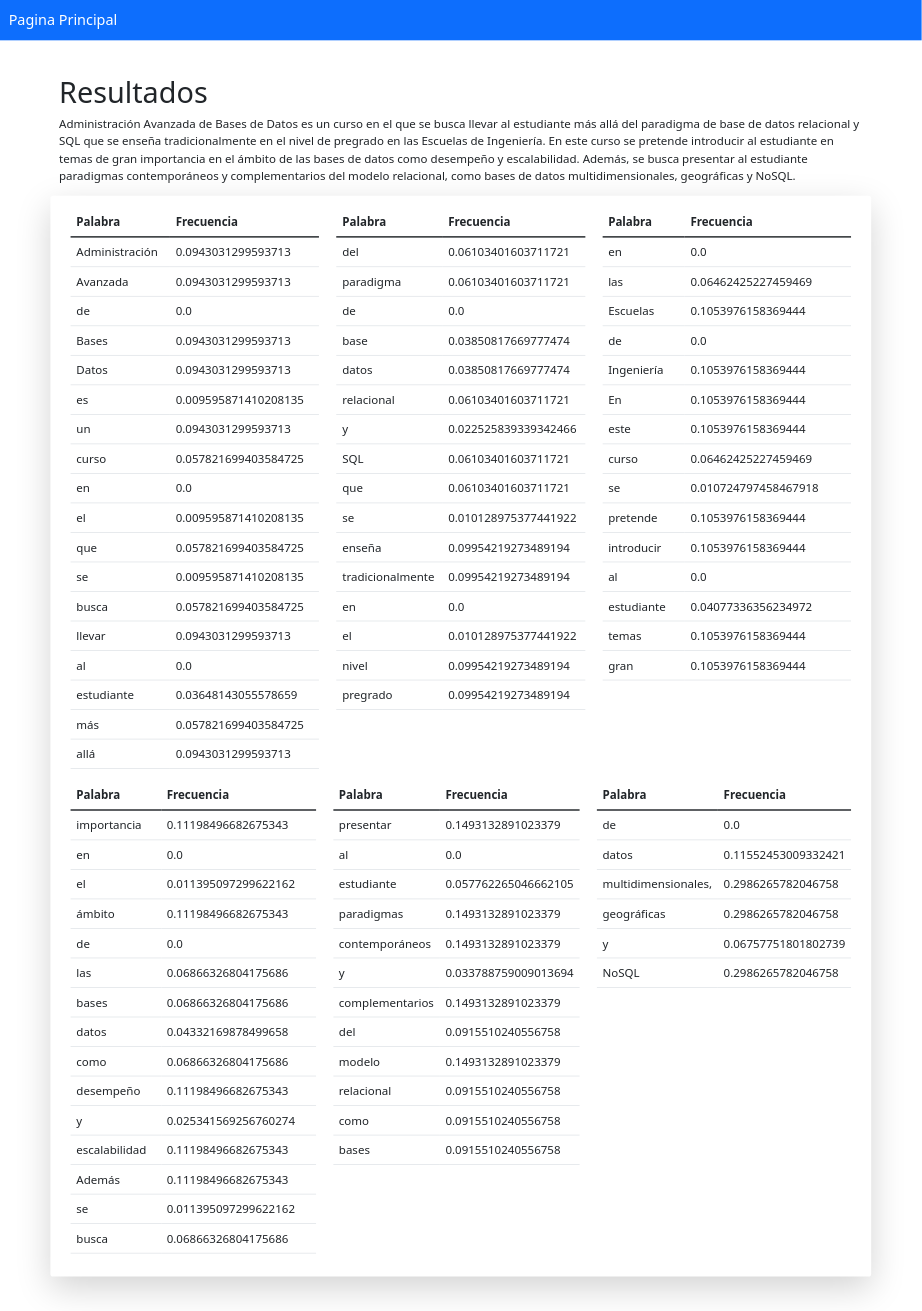
Repository: efrain-dev/cloud9Flask
Page: http://localhost/
The author's editor kept a record of every edit. The page is drawn from the files as they stood at one moment, then again after the next edit.
The browser window is 1280 px wide. The pictures show the whole page, at 72% of full size.
Some web libraries are served in a nearby version. The page is served by the project's application, run on Flask 3 (index.py).

Above is the page before.

### templates/home.html
{% extends './base.html' %}

<!DOCTYPE html>
<html lang="es">
  <head>
    <title>{% block title %}IA UMG{% endblock %}</title>
    <meta charset="UTF-8">
    <meta name="title" content="IMG">
    <meta name="description" content="IA UMG">

  </head>
  <body>

      {% block body %}

      <h1 class="bg-white rounded mt-5">Resultados </h1>
      <p>
        Administración Avanzada de Bases de Datos es un curso en el que se busca llevar al estudiante más allá
del paradigma de base de datos relacional y SQL que se enseña tradicionalmente en el nivel de pregrado
en las Escuelas de Ingeniería. En este curso se pretende introducir al estudiante en temas de gran
importancia en el ámbito de las bases de datos como desempeño y escalabilidad. Además, se busca
presentar al estudiante paradigmas contemporáneos y complementarios del modelo relacional, como bases
de datos multidimensionales, geográficas y NoSQL.
      </p>
        <div class="row shadow-lg p-3 mb-5 bg-white rounded ">
      {%for i in resultado%}
        <div class="col-lg">
          <table class="table table-responsive" >
            <thead>
              <th> Palabra </th>
              <th> Frecuencia </th>

            </thead>

            <tbody>
                {%for x in resultado[i]%}
                  <tr>
                    <td>{{x[0]}}</td>
                                    <td>{{x[1]}}</td>

                  </tr>
                {%endfor%}
            </tbody>
          </table>
        </div>
      {%endfor%}
  {% endblock %}

  </body>
</html>

### templates/base.html
<!DOCTYPE html>
<html lang="es">
  <head>
    <title>{% block title %}{% endblock %}</title>
    <meta charset="UTF-8">
    <meta name="title" content="IMG">
    <meta name="description" content="IA UMG">
    <link href="https://cdn.jsdelivr.net/npm/bootstrap@5.1.3/dist/css/bootstrap.min.css" rel="stylesheet" integrity="sha384-1BmE4kWBq78iYhFldvKuhfTAU6auU8tT94WrHftjDbrCEXSU1oBoqyl2QvZ6jIW3" crossorigin="anonymous">
    <script src="https://code.jquery.com/jquery-3.6.0.min.js" integrity="sha256-/xUj+3OJU5yExlq6GSYGSHk7tPXikynS7ogEvDej/m4=" crossorigin="anonymous"></script>
    <script src="//cdn.jsdelivr.net/npm/sweetalert2@11"></script>
  </head>
  <body>
<nav class="navbar navbar-expand-lg navbar-dark bg-primary">
  <div class="container-fluid">
    <a class="navbar-brand" href="#">Pagina Principal</a>

  </div>
</nav>

    <div class="container">
      {% block body %}


      {% endblock %}
    </div>





  <script src="https://cdn.jsdelivr.net/npm/@popperjs/core@2.10.2/dist/umd/popper.min.js" integrity="sha384-7+zCNj/IqJ95wo16oMtfsKbZ9ccEh31eOz1HGyDuCQ6wgnyJNSYdrPa03rtR1zdB" crossorigin="anonymous"></script>
  <script src="https://cdn.jsdelivr.net/npm/bootstrap@5.1.3/dist/js/bootstrap.min.js" integrity="sha384-QJHtvGhmr9XOIpI6YVutG+2QOK9T+ZnN4kzFN1RtK3zEFEIsxhlmWl5/YESvpZ13" crossorigin="anonymous"></script>
    <!--<footer>-->
    <!--  <h4>Avisos legales</h4>-->
    <!--  <a href="http://dominio.com/aviso-legal">Política de cookies</a>-->
    <!--  <h4>Redes sociales</h4>-->
    <!--  <a href="http://facebook.com/mi-pagina-de-facebook">Mi Facebook</a>-->
    <!--</footer>-->
  </body>
</html>

### calculos.py

import math

documentos = ['Administración Avanzada de Bases de Datos es un curso en el que se busca llevar al estudiante más allá',
             'del paradigma de base de datos relacional y SQL que se enseña tradicionalmente en el nivel de pregrado',
             'en las Escuelas de Ingeniería En este curso se pretende introducir al estudiante en temas de gran',
             'importancia en el ámbito de las bases de datos como desempeño y escalabilidad Además se busca',
             'presentar al estudiante paradigmas contemporáneos y complementarios del modelo relacional como bases',
             'de datos multidimensionales, geográficas y NoSQL',
             ]


dictadoDePalabras = {}

for indice, sentencia in enumerate(documentos):
    tokenPalabra = sentencia.split(' ')
    dictadoDePalabras[indice] = [(palabra,tokenPalabra.count(palabra)) for palabra in tokenPalabra]

termFrecuencia = {}

for i in range(0, len(documentos)):
    listaDeNoDuplicados = []
    for palabraFrequencia in dictadoDePalabras[i]:
        if palabraFrequencia not in listaDeNoDuplicados:
            listaDeNoDuplicados.append(palabraFrequencia)
        termFrecuencia[i] = listaDeNoDuplicados

terminoNormalizadoFrecuencia = {}
for i in range(0, len(documentos)):
    sentencia = dictadoDePalabras[i]
    lenDeSentencia = len(sentencia)
    listaDeNormalizados = []
    for palabraFrequencia in termFrecuencia[i]:
        normalizedFreq = palabraFrequencia[1]/lenDeSentencia
        listaDeNormalizados.append((palabraFrequencia[0],normalizedFreq))
    terminoNormalizadoFrecuencia[i] = listaDeNormalizados



todosDocumento = ''
for sentencia in documentos:
    todosDocumento += sentencia + ' '
todosDocumentosToken = todosDocumento.split(' ')


todosDocumentoNoDuplicados = []

for palabra in todosDocumentosToken:
    if palabra not in todosDocumentoNoDuplicados:
        todosDocumentoNoDuplicados.append(palabra)



dictDeNumDeDocConTermDentro = {}

for indice, voc in enumerate(todosDocumentoNoDuplicados):
    count = 0
    for sentencia in documentos:
        if voc in sentencia:
            count += 1
    dictDeNumDeDocConTermDentro[indice] = (voc, count)



dictOFIDFNoDuplicados = {}


for i in range(0, len(terminoNormalizadoFrecuencia)):
    listOfIDFCalcs = []
    for palabra in terminoNormalizadoFrecuencia[i]:
        for x in range(0, len(dictDeNumDeDocConTermDentro)):
            if palabra[0] == dictDeNumDeDocConTermDentro[x][0]:
                listOfIDFCalcs.append((palabra[0],math.log(len(documentos)/dictDeNumDeDocConTermDentro[x][1])))
    dictOFIDFNoDuplicados[i] = listOfIDFCalcs


dictOFTF_IDF = {}
for i in range(0,len(terminoNormalizadoFrecuencia)):
    listaOFTF_IDF = []
    TFsentencia = terminoNormalizadoFrecuencia[i]
    IDFsentencia = dictOFIDFNoDuplicados[i]
    for x in range(0, len(TFsentencia)):
        listaOFTF_IDF.append((TFsentencia[x][0],TFsentencia[x][1]*IDFsentencia[x][1]))
    dictOFTF_IDF[i] = listaOFTF_IDF



def result():
    return dictOFTF_IDF

### index.py
"""
Your module description
comentarios múltiples
"""

#comentario de una línea

from flask import Flask, render_template,request ,url_for
import calculos

umg = Flask(__name__)




@umg.route("/",methods=['POST','GET'])
def home():
    print( calculos.result())
    return render_template('home.html',resultado= calculos.result())


if __name__ == '__main__':
    umg.run(host='0.0.0.0', port=5000, debug=True)

After the next edit:
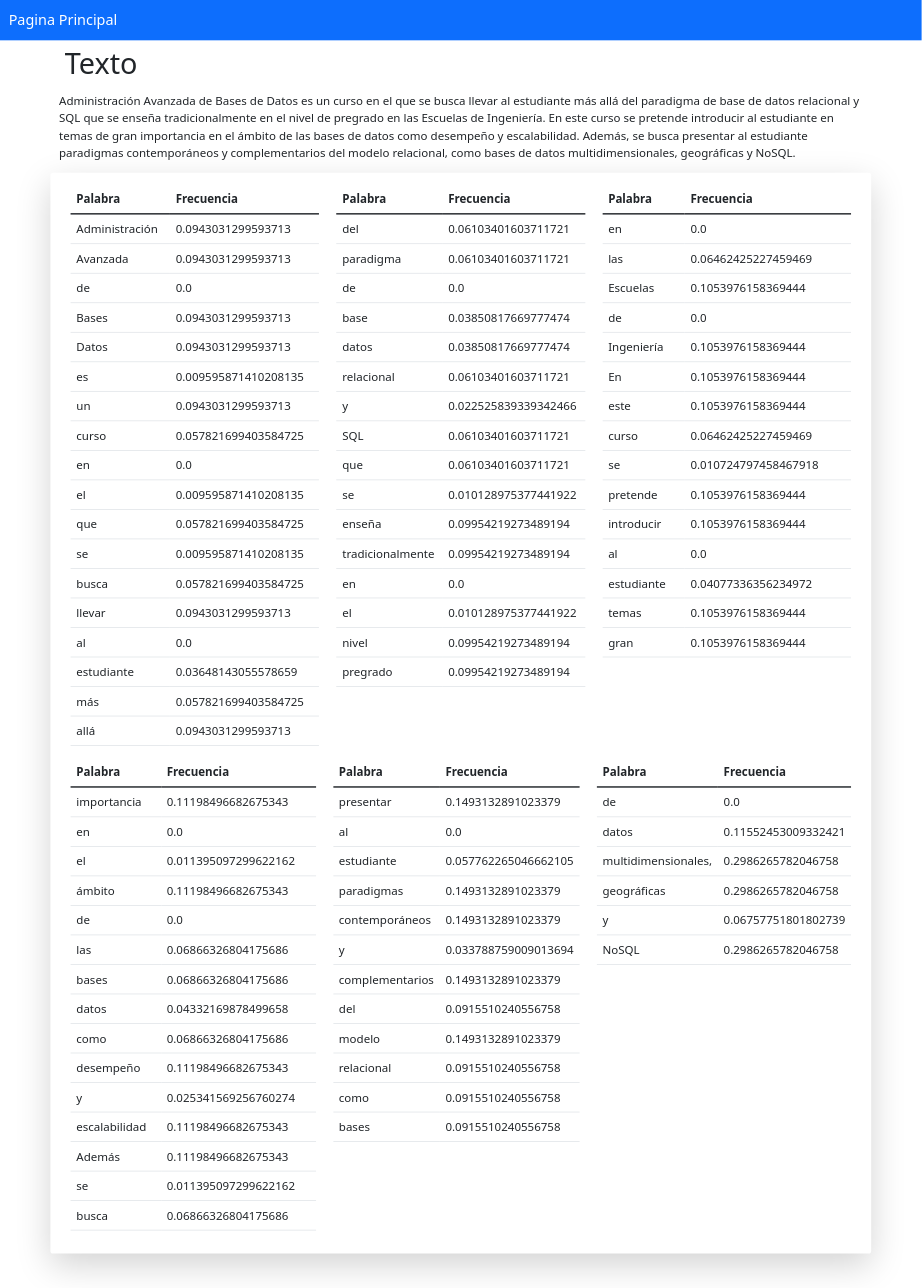
The edit:
--- a/templates/home.html
+++ b/templates/home.html
@@ -13,7 +13,7 @@
 
       {% block body %}
 
-      <h1 class="bg-white rounded mt-5">Resultados </h1>
+      <h1 class=" p-2">Texto </h1>
       <p>
         Administración Avanzada de Bases de Datos es un curso en el que se busca llevar al estudiante más allá
 del paradigma de base de datos relacional y SQL que se enseña tradicionalmente en el nivel de pregrado
